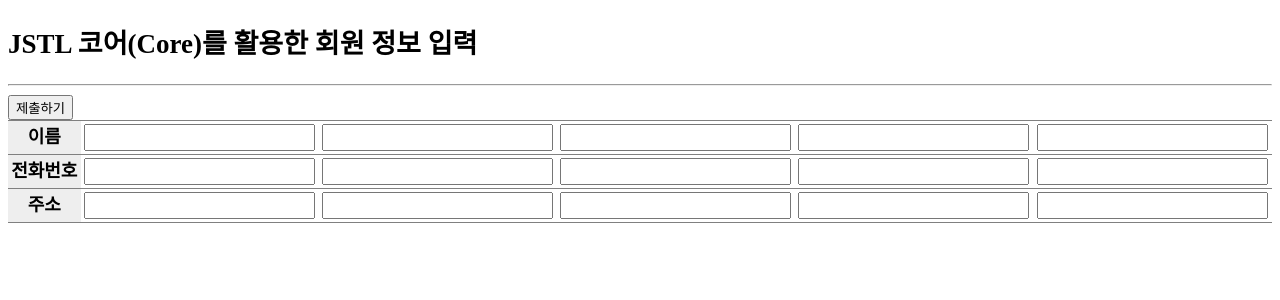
Repository: onpul/Web
Page: http://localhost/WebApp22/MemberInsertForm.jsp
An editor plug-in stored every save of this project. The page is shown before and after the next save, followed by the edit.
The browser window is 1280 px wide. The pictures show the whole page.
The page is served by Tomcat 9.

Above is the page before, as saved 2022-04-29 08:32:53.

After the next save:
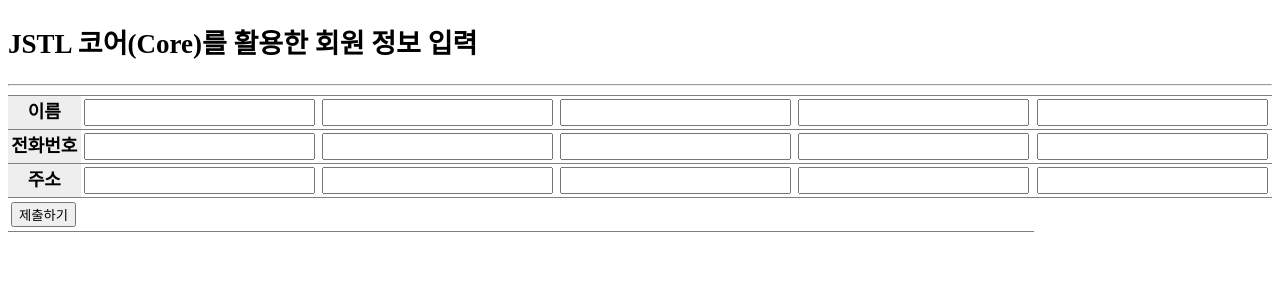
Saved 48 s later.
--- a/WebApp22/WebContent/MemberInsertForm.jsp
+++ b/WebApp22/WebContent/MemberInsertForm.jsp
@@ -42,7 +42,7 @@
 				</c:forEach>
 			</tr>
 			<tr>
-				<button type="submit">제출하기</button>
+				<td colspan="5"><button type="submit">제출하기</button></td>
 			</tr>
 		</table>
 	</form>
